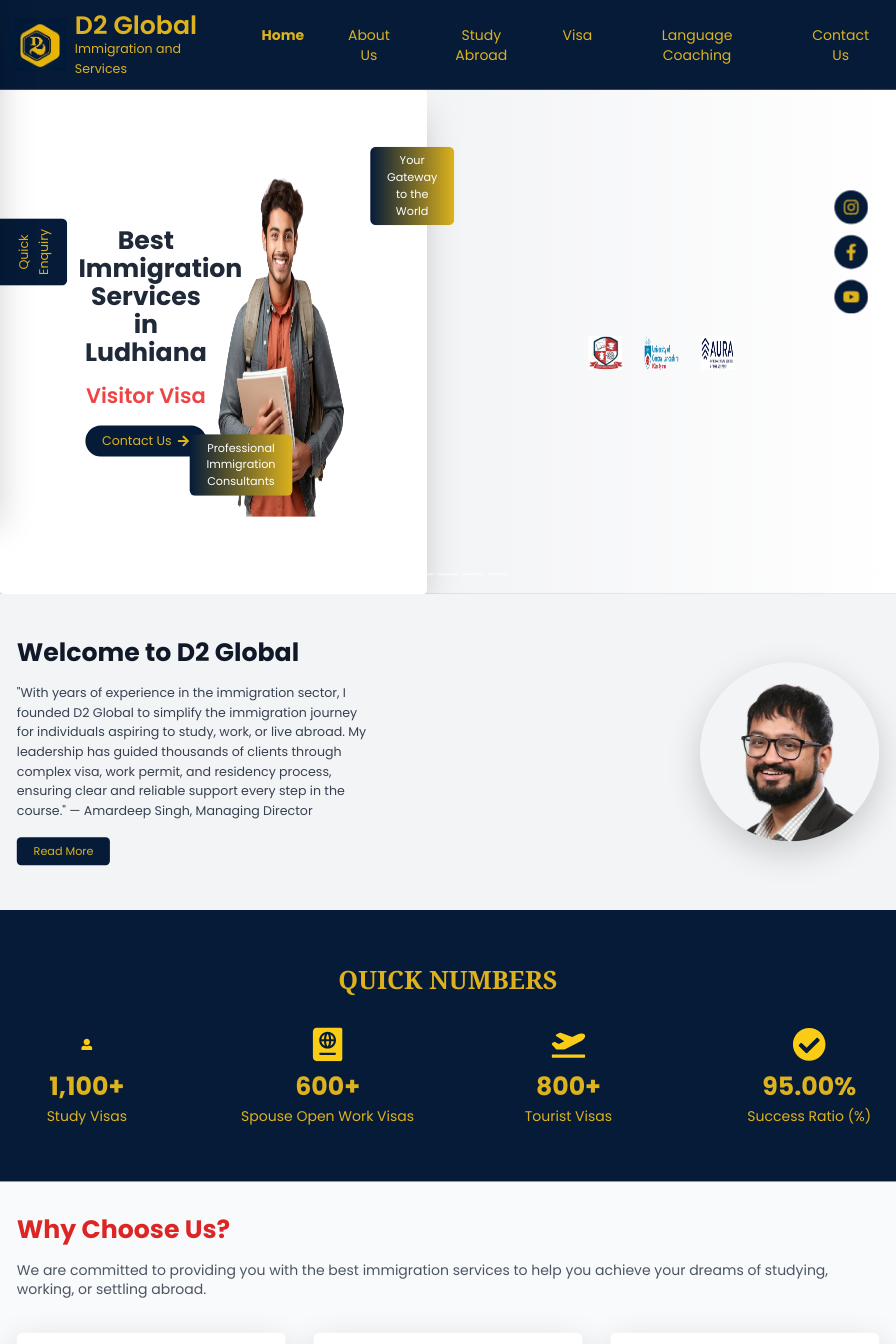
Repository: abhijeets54/d2globalbackup
Page: /
The author's editor kept a copy of each file at every save. The page is drawn from the files as they stood at one save, then again after the next save.
The browser window is 1280 px wide. The pictures show the part of the page from y = 0 to 1920 px (the page is 6727 px tall), at 70% of full size.
The page's requests for data from a server got no answer. The project was rebuilt for these pictures with package versions that can differ from the ones it lists, and the page was loaded fresh each time. No one was signed in, and anything a server would have sent is missing. Also part of the build but not shown: vite.config.js, src/components/Button.jsx, src/components/PostCard.jsx, src/components/Input.jsx, src/components/PopupForm.jsx, src/components/Events.jsx, src/components/People.jsx, src/Newsletter/NewsletterComponent.jsx and 28 more. Imported but missing from the stored project, and not drawn on this page: src/components/Donate/RestoftheWorld.jsx, src/components/Donate/WithInIndia.jsx, src/components/JoinUs.jsx, src/components/Projects/Awareness.jsx, src/components/Projects/Education.jsx, src/components/Projects/HumanitarianAid.jsx, src/components/ThreePillars.jsx, src/pages/Donate.jsx and 2 more.

Above is the page before, as saved 2024-10-03 14:09:52.

### index.html
<!doctype html>
<html lang="en">
  <head>
    <meta charset="UTF-8" />
    <link rel="icon" type="image/svg+xml" href="/logo.webp" />
    <meta name="viewport" content="width=device-width, initial-scale=1.0" />
    <link href="https://fonts.googleapis.com/css2?family=Gothic+A1&family=Inconsolata:wght@200..900&family=Mukta:wght@200;300;400;500;600;700;800&family=Poppins:ital,wght@0,100;0,200;0,300;0,400;0,500;0,600;0,700;0,800;0,900;1,100;1,200;1,300;1,400;1,500;1,600;1,700;1,800;1,900&display=swap" rel="stylesheet">

    <link href="https://cdn.jsdelivr.net/npm/bootstrap@5.3.3/dist/css/bootstrap.min.css" rel="stylesheet" integrity="sha384-QWTKZyjpPEjISv5WaRU9OFeRpok6YctnYmDr5pNlyT2bRjXh0JMhjY6hW+ALEwIH" crossorigin="anonymous">
    <link
  rel="stylesheet"
  href="https://cdnjs.cloudflare.com/ajax/libs/font-awesome/5.15.3/css/all.min.css"
/>
    <title>D2 Global</title>
  </head>
  <body class="bg-slate-400">
    <div id="root"></div>
    <script src="https://cdn.jsdelivr.net/npm/bootstrap@5.3.3/dist/js/bootstrap.bundle.min.js" integrity="sha384-YvpcrYf0tY3lHB60NNkmXc5s9fDVZLESaAA55NDzOxhy9GkcIdslK1eN7N6jIeHz" crossorigin="anonymous"></script>
    <script type="module" src="/src/main.jsx"></script>
  </body>
</html>

### src/App.jsx
import React, { useState, useEffect } from 'react'
import './App.css'
import { Footer, Header } from './components'
import { Outlet } from 'react-router-dom'


function App() {
  const [loading, setLoading] = useState(false)

  return !loading ? (
    <div className='min-h-screen flex flex-wrap content-between bg-gray-400'>
      <div className='w-full block'>
        <Header />
        <main>
        <Outlet />
        </main>
        <Footer />
      </div>
    </div>
  ) : null
}

export default App

### src/index.css
@tailwind base;
@tailwind components;
@tailwind utilities;

@keyframes slideIn {
    from {
      transform: translateX(100%);
      opacity: 0;
    }
    to {
      transform: translateX(0);
      opacity: 1;
    }
  }

  .slide-in {
    animation: slideIn 0.5s ease-out;
  }
  /* Animation for sliding content */
.slide-enter {
    transform: translateX(100%);
    opacity: 0;
  }

  .slide-enter-active {
    transform: translateX(0);
    opacity: 1;
    transition: transform 0.3s ease-in-out, opacity 0.3s ease-in-out;
  }

  .slide-exit {
    transform: translateX(0);
    opacity: 1;
  }

  .slide-exit-active {
    transform: translateX(-100%);
    opacity: 0;
    transition: transform 0.3s ease-in-out, opacity 0.3s ease-in-out;
  }

  /* Custom CSS to hide the scrollbar */
.scrollbar-hide::-webkit-scrollbar {
    display: none;
  }

  .scrollbar-hide {
    -ms-overflow-style: none; /* IE and Edge */
    scrollbar-width: none; /* Firefox */
  }

  @layer utilities {
    @keyframes slideIn {
      from {
        opacity: 0;
        transform: translateX(100%);
      }
      to {
        opacity: 1;
        transform: translateX(0);
      }
    }

    .animate-slide-in {
      animation: slideIn 0.7s ease-out forwards;
    }
  }
  /* Optional: Add custom animations */
@keyframes move-plane {
  from {
    transform: translateY(0);
  }
  to {
    transform: translateY(500px); /* Adjust this value based on the desired movement */
  }
}
@keyframes slideInLeft {
  from {
    transform: translateX(-100%);
    opacity: 0;
  }
  to {
    transform: translateX(0);
    opacity: 1;
  }
}

@keyframes slideInRight {
  from {
    transform: translateX(100%);
    opacity: 0;
  }
  to {
    transform: translateX(0);
    opacity: 1;
  }
}

.slide-in-left {
  animation: slideInLeft 0.5s forwards;
}

.slide-in-right {
  animation: slideInRight 0.5s forwards;
}
@media (max-width: 768px) {
  .left-slide, .right-slide {
    left: -80px; /* Adjust for smaller screens */
    transform: translateX(-5px); /* Adjust for spacing */
  }
}

@media (max-width: 480px) {
  .left-slide, .right-slide {
    left: -60px; /* Adjust for mobile screens */
    transform: translateX(-3px); /* Adjust for spacing */
  }

  .w-56 {
    width: 90% !important; /* Full width on mobile */
  }

  .w-64 {
    width: 90% !important; /* Full width on mobile */
  }
}

@keyframes slide-left {
  from {
    transform: translateX(-100%);
  }
  to {
    transform: translateX(0);
  }
}

@keyframes slide-right {
  from {
    transform: translateX(100%);
  }
  to {
    transform: translateX(0);
  }
}

.animate-slide-left {
  animation: slide-left 0.5s ease-in-out;
}

.animate-slide-right {
  animation: slide-right 0.5s ease-in-out;
}

/* In your CSS file */
.blurred-bg {
  background-image: url('/path-to-your-image.jpg'); /* Background image */
  background-size: cover;
  background-position: center;
  filter: blur(8px); /* Adjust blur as needed */
  position: absolute;
  top: 0;
  left: 0;
  right: 0;
  bottom: 0;
  z-index: -1; /* Send it behind other content */
}

### src/pages/Home.jsx
import React, { useState } from 'react';
import { useNavigate } from 'react-router-dom';
import Collage from '../components/Collage';
import OurAssociates from '../components/OurAssociates';
import QuickNumbers from '../components/QuickNumbers';
import WhatPeopleAreSaying from '../components/WhatPeopleAreSaying';

import Register from '../components/Register';

import About from '../components/About';
import Offer from '../components/Offer';
import Countries from '../components/Countries';
import PopupForm from '../components/PopupForm';
import Events from '../components/Events';
import QuickEnquiry from '../components/ContactUs/QuickEnquiry';
import Choose from '../components/Choose';
import People from '../components/People';
import CollageWithAnimations from '../components/CollageWithAnimations';
function Home() {
  const navigate = useNavigate();
  const [showFullText, setShowFullText] = useState(false);

  const handleReadMore = () => {
    navigate('/About');
  };

  const handleMoreAboutUs = () => {
    setShowFullText(!showFullText);
  };

  return (
    <>
   {/* <CollageWithAnimations/> */}
      {/* <PopupForm /> */}
      <QuickEnquiry />
      <Collage />

        <About />
        {/* <People/> */}
        <QuickNumbers />
        <Choose/>
        <Offer />

        {/* <Timeline /> */}



            <Countries />


            <OurAssociates />

          <WhatPeopleAreSaying />
          {/* <Events /> */}

          <Register />


    </>
  );
}

export default Home;

### src/components/About.jsx
import React, { useEffect, useState, useRef } from 'react';
import { useNavigate } from 'react-router-dom';

const About = () => {
  const [slideIn, setSlideIn] = useState(false);
  const aboutSectionRef = useRef(null);
  const navigate = useNavigate();

  useEffect(() => {
    const observer = new IntersectionObserver(
      (entries) => {
        entries.forEach((entry) => {
          if (entry.isIntersecting) {
            setSlideIn(true);
          }
        });
      },
      {
        threshold: 0.3,
      }
    );

    if (aboutSectionRef.current) {
      observer.observe(aboutSectionRef.current);
    }

    return () => {
      if (aboutSectionRef.current) {
        observer.unobserve(aboutSectionRef.current);
      }
    };
  }, []);

  const handleReadMore = () => {
    navigate('/AboutUs');
  };

  return (
    <div ref={aboutSectionRef} className="flex items-center justify-center bg-gray-100 py-12 md:py-16">
      <div className="container mx-auto flex flex-col md:flex-row items-center justify-between px-4">

        {/* Sliding Text Content */}
        <div
          className={`transform transition-transform duration-1000 ${
            slideIn ? 'translate-x-0' : '-translate-x-full'
          } mt-8 md:mt-0 md:mr-10 max-w-lg text-left md:text-left`}
        >
          <h2 className="text-3xl md:text-4xl  font-bold mb-4 text-gray-900">Welcome to D2 Global</h2>
          <p className="text-base md:text-lg text-gray-700">
          "With years of experience in the immigration sector, I founded D2 Global to simplify the immigration journey for individuals aspiring to study, work, or live abroad. My leadership has guided thousands of clients through complex visa, work permit, and residency process, ensuring clear and reliable support every step in the course."

— Amardeep Singh, Managing Director
          </p>

          {/* Read More Button */}
          <button
            onClick={handleReadMore}
            className="mt-4 inline-block bg-customBlue text-customYellow px-6 py-2 rounded-md hover:bg-blue-600 transition-colors duration-300"
          >
            Read More
          </button>
        </div>

      {/* Sliding Image */}
<div
  className={`transform transition-transform duration-1000 ${
    slideIn ? 'translate-x-0' : 'translate-x-full'
  } mt-8 md:mt-0`}
>
  <img
    src="amar.webp"
    alt="Profile"
    className="rounded-full shadow-lg w-48 h-48 md:w-64 md:h-64 object-cover object-top mx-auto md:mx-0"
    style={{ objectPosition: 'top center' }} // This will center the face more
  />
</div>


      </div>
    </div>
  );
};

export default About;

### src/components/Layout.jsx
// src/components/Layout.jsx
import React from 'react';
import { Outlet, useNavigate } from 'react-router-dom';

const Layout = () => {
  const navigate = useNavigate();

  const handleDonateClick = () => {
    navigate('/Donate');
  };

  return (
    <div>
      <Outlet />
      {/* <a
        href="#top"
        className="fixed right-2 bottom-16 bg-blue-950 text-white hover:bg-yellow-500 py-1 px-2 rounded-2 h-8 w-10 mt-2"
        style={{ zIndex: 1000 }}
      >
        <img src="../../IOC Website pictures/icons8-top-50.png" alt="Go to top " />
      </a> */}
    </div>
  );
};

export default Layout;

### src/components/OurAssociates.jsx
import React from 'react';
import 'tailwindcss/tailwind.css';

const logos = [
  '/oxford.webp',
  '/regent.webp',
  '/webster.webp',
  '/avila.svg',
  '/iau.webp',
  '/bcnlip.webp',
  '/camino.webp',
  '/ihmgs.webp',
  '/uclan.webp',
  '/aura.webp',
  '/lyon.webp'
];

function OurAssociates() {
  return (
    <div className="bg-white py-8">
      <h4 className="text-center text-blue-950 mt-3 text-3xl font-semibold">OUR PARTNERS</h4>
      <br />
      <div className="overflow-hidden relative">
        <div className="flex animate-scroll1 space-x-4 sm:space-x-6 lg:space-x-8">
          {logos.concat(logos).map((logo, index) => (
            <div key={index} className="flex-shrink-0">
              <img
                src={logo}
                alt={`Logo ${index + 1}`}
                className="h-24 w-24 sm:h-32 sm:w-32 lg:h-40 lg:w-40 object-contain"
              />
            </div>
          ))}
        </div>
      </div>
    </div>
  );
}

export default OurAssociates;

### src/components/QuickNumbers.jsx
import React, { useEffect, useState, useRef } from 'react';
import CountUp from 'react-countup';
import { FaUserAlt, FaPassport, FaPlaneDeparture, FaCheckCircle } from 'react-icons/fa';
import 'tailwindcss/tailwind.css';

const data = [
  {
    icon: <FaUserAlt className="h-12 w-12++ text-yellow-400 mb-2" />,
    number: 1100,
    label: 'Study Visas'
  },
  {
    icon: <FaPassport className="h-12 w-12 text-yellow-400 mb-2" />,
    number: 600,
    label: 'Spouse Open Work Visas'
  },
  {
    icon: <FaPlaneDeparture className="h-12 w-12 text-yellow-400 mb-2" />,
    number: 800,
    label: 'Tourist Visas'
  },
  {
    icon: <FaCheckCircle className="h-12 w-12 text-yellow-400 mb-2" />,
    number: 95,
    label: 'Success Ratio (%)',
    isDecimal: true,
  }
];

function QuickNumbers() {
  const [showCounts, setShowCounts] = useState(false);
  const quickNumbersRef = useRef(null);

  useEffect(() => {
    const observer = new IntersectionObserver(
      (entries) => {
        if (entries[0].isIntersecting) {
          setShowCounts(true);
        }
      },
      { threshold: 0.2 }
    );

    if (quickNumbersRef.current) {
      observer.observe(quickNumbersRef.current);
    }

    return () => {
      if (quickNumbersRef.current) {
        observer.unobserve(quickNumbersRef.current);
      }
    };
  }, []);

  return (
    <div ref={quickNumbersRef} className="bg-customBlue py-8 w-full">
      <h2 className="text-center text-2xl sm:text-4xl font-serif font-extrabold text-customYellow pt-5 mb-8">
        QUICK NUMBERS
      </h2>

      {/* Responsive Grid Layout */}
      <div className="grid grid-cols-1 sm:grid-cols-2 lg:grid-cols-4 gap-8 lg:gap-24 mt-5 pb-5">
        {data.map((item, index) => (
          <div key={index} className="text-center text-customYellow flex flex-col items-center">
            <div className="quicknumber flex flex-col justify-center items-center">
              <div className="icon mb-2">{item.icon}</div>
              <h3 className="text-2xl sm:text-4xl font-bold">
                {showCounts && (
                  <CountUp
                    end={item.number}
                    duration={7}
                    decimals={item.isDecimal ? 2 : 0}
                    suffix={item.isDecimal ? "%" : "+"}
                  />
                )}
              </h3>
              <p className="mt-2 text-base sm:text-xl">{item.label}</p>
            </div>
          </div>
        ))}
      </div>
    </div>
  );
}

export default QuickNumbers;

### src/components/Offer.jsx
import React from 'react';
import { Link } from 'react-router-dom';
import 'tailwindcss/tailwind.css';

function Offer() {
  const studyAbroadImageUrl = '/student.webp'; // Update with actual image URL
  const ieltsPteImageUrl = '/ielts3.webp'; // Update with actual image URL
  const touristVisaImageUrl = '/tourist.webp'; // Update with actual image URL

  return (
    <div className="mx-auto bg-customBlue
    0 p-6 md:p-10 shadow">
      <h4 className="text-center text-customBlue mt-3 text-xl"></h4>
      <h2 className="text-center text-3xl font-serif  text-customYellow sm:text-4xl mt-3  font-extrabold mb-10 md:mb-16">What We Offer</h2>

      <div className="grid grid-cols-1 sm:grid-cols-2 md:grid-cols-3 gap-6">
        {/* First card: Study Abroad */}
        <div className="col cursor-pointer transform transition-transform hover:scale-105">
          <Link to="/StudyAbroad">
            <div className="card h-full bg-white rounded-lg shadow overflow-hidden">
              <img
                src={studyAbroadImageUrl}
                className="w-full h-52 sm:h-64 md:h-72 object-cover"
                alt="Study Abroad"
              />
              <div className="p-4">
                <h5 className="text-center text-lg sm:text-xl font-bold">Study Abroad</h5>
              </div>
            </div>
          </Link>
        </div>

        {/* Second card: IELTS/PTE */}
        <div className="col cursor-pointer transform transition-transform hover:scale-105">
          <Link to="/Training">
            <div className="card h-full bg-white rounded-lg shadow overflow-hidden">
              <img
                src={ieltsPteImageUrl}
                className="w-full h-52 sm:h-64 md:h-72 object-cover"
                alt="IELTS/PTE"
              />
              <div className="p-4">
                <h5 className="text-center text-lg sm:text-xl font-bold">Language Coaching</h5>
              </div>
            </div>
          </Link>
        </div>

        {/* Third card: Tourist Visa */}
        <div className="col cursor-pointer transform transition-transform hover:scale-105">
          <Link to="/TouristVisa">
            <div className="card h-full bg-white rounded-lg shadow overflow-hidden">
              <img
                src={touristVisaImageUrl}
                className="w-full h-52 sm:h-64 md:h-72 object-cover"
                alt="Tourist Visa"
              />
              <div className="p-4">
                <h5 className="text-center text-lg sm:text-xl font-bold">Tourist Visa</h5>
              </div>
            </div>
          </Link>
        </div>
      </div>
    </div>
  );
}

export default Offer;

### src/components/CollageWithAnimations.jsx
import React, { useEffect, useState } from 'react';
import { motion } from 'framer-motion';
import { FaArrowRight } from 'react-icons/fa';
import { useNavigate } from 'react-router-dom';

const CollageWithAnimations = () => {
  const navigate = useNavigate();
  const [displayedText, setDisplayedText] = useState('');
  const [textIndex, setTextIndex] = useState(0);
  const texts = ['Study Visa', 'Permanent Residency', 'Visitor Visa', 'Tourist Visa', 'IELTS Coaching', 'PTE Coaching'];
  const slideInDuration = 0.5;

  useEffect(() => {
    const changeText = () => {
      setDisplayedText(texts[textIndex]);
    };

    changeText();
  }, [textIndex]);

  useEffect(() => {
    const textChangeInterval = setInterval(() => {
      setTextIndex((prevIndex) => (prevIndex + 1) % texts.length);
    }, 3000);

    return () => clearInterval(textChangeInterval);
  }, []);

  return (
    <div className="relative w-full h-screen flex flex-col lg:flex-row items-center justify-center bg-gradient-to-r from-gray-50 via-gray-100 to-white">
      {/* Larger 3D Box Container */}
      <div className="relative w-full lg:w-4/5 xl:w-3/4 bg-white shadow-2xl rounded-lg p-14 lg:p-28 flex flex-col lg:flex-row items-center justify-between transition-all duration-500 hover:shadow-3xl">

        {/* Text Section with smaller font sizes */}
        <div className="w-full lg:w-1/2 text-center lg:text-left relative z-10">
          <h1 className="text-2xl md:text-3xl lg:text-4xl font-bold text-gray-800">
            Best Immigration Services in Ludhiana
          </h1>
          <motion.h2
            className="text-xl md:text-2xl lg:text-3xl font-semibold mt-4 text-red-500"
            initial={{ x: -50, opacity: 0 }}
            animate={{ x: 0, opacity: 1 }}
            exit={{ x: -50, opacity: 0 }}
            transition={{ duration: slideInDuration }}
          >
            {displayedText}
          </motion.h2>
          <button
            className="px-4 py-2 mx-auto md:px-6 md:py-3 bg-customBlue text-customYellow rounded-3xl text-sm md:text-lg flex items-center justify-center mt-6"
            onClick={() => navigate('/Contactpage')}
          >
            Contact Us
            <FaArrowRight className="ml-2 text-customYellow" />
          </button>
        </div>

        {/* Image Section */}
        <div className="relative w-full lg:w-1/2 flex justify-center items-center mt-8 lg:mt-0 z-10">
          <motion.img
            src="/student.png"
            alt="Student with backpack"
            className="h-72 sm:h-80 md:h-96 lg:h-[500px]"
            initial={{ opacity: 0, x: 50 }}
            animate={{ opacity: 1, x: 0 }}
            transition={{ duration: 0.5 }}
          />

          {/* Box at the top left near the image */}
          <motion.div
            className="absolute -top-6 left-2 py-2 px-4 lg:left-56 p-2 sm:p-4 bg-gradient-to-r from-customBlue to-customYellow rounded-lg text-white text-sm sm:text-base"
            animate={{ y: [0, -10, 0] }}
            transition={{ duration: 1, repeat: Infinity }}
          >
            Your Gateway to the World
          </motion.div>

          {/* Box at the bottom right near the image */}
          <motion.div
            className="absolute bottom-6 right-4 lg:right-20 py-2 px-4 sm:p-4 bg-gradient-to-r from-customBlue to-customYellow rounded-lg text-white text-sm sm:text-base"
            animate={{ y: [0, -10, 0] }}
            transition={{ duration: 1, repeat: Infinity, delay: 0.5 }}
          >
            Professional Immigration Consultants
          </motion.div>
        </div>
      </div>

      {/* Partner Logos Below the Box */}
      <div className="w-full flex justify-center mt-8">
        <div className="flex space-x-8">
          <img src="/oxford.webp" alt="Partner 1" className="h-12 w-12" />
          <img src="/uclan.webp" alt="Partner 2" className="h-12 w-12" />
          <img src="/aura.webp" alt="Partner 3" className="h-12 w-12" />
          {/* Add more logos as needed */}
        </div>
      </div>
    </div>
  );
};

export default CollageWithAnimations;

### src/components/container/Container.jsx
import React from 'react'

function Container({ children }) {
  return <div className='w-full'>{children}</div>
}

export default Container

### src/components/Logo.jsx
import React from 'react';
import logo from '/logo.webp'; // Adjust path as necessary

function Logo() {
  return (
    <div>
      <img src={logo} alt="logo" height={75} width={75}/>
    </div>
  );
}

export default Logo;

Loaded but not shown: tailwind.config.js (35 lines, source omitted); src/components/index.js (19 lines, source omitted); src/components/Header/Header.jsx (265 lines, source omitted); src/components/Collage.jsx (193 lines, source omitted); src/components/ContactUs/QuickEnquiry.jsx (202 lines, source omitted); src/components/Countries.jsx (133 lines, source omitted); src/components/Register.jsx (175 lines, source omitted); src/components/Choose.jsx (155 lines, source omitted); src/main.jsx (100 lines, source omitted); src/components/WhatPeopleAreSaying.jsx (112 lines, source omitted); src/components/ContactUs/ContactUs.jsx (85 lines, source omitted); src/App.css (212 lines, source omitted)

After the next save:
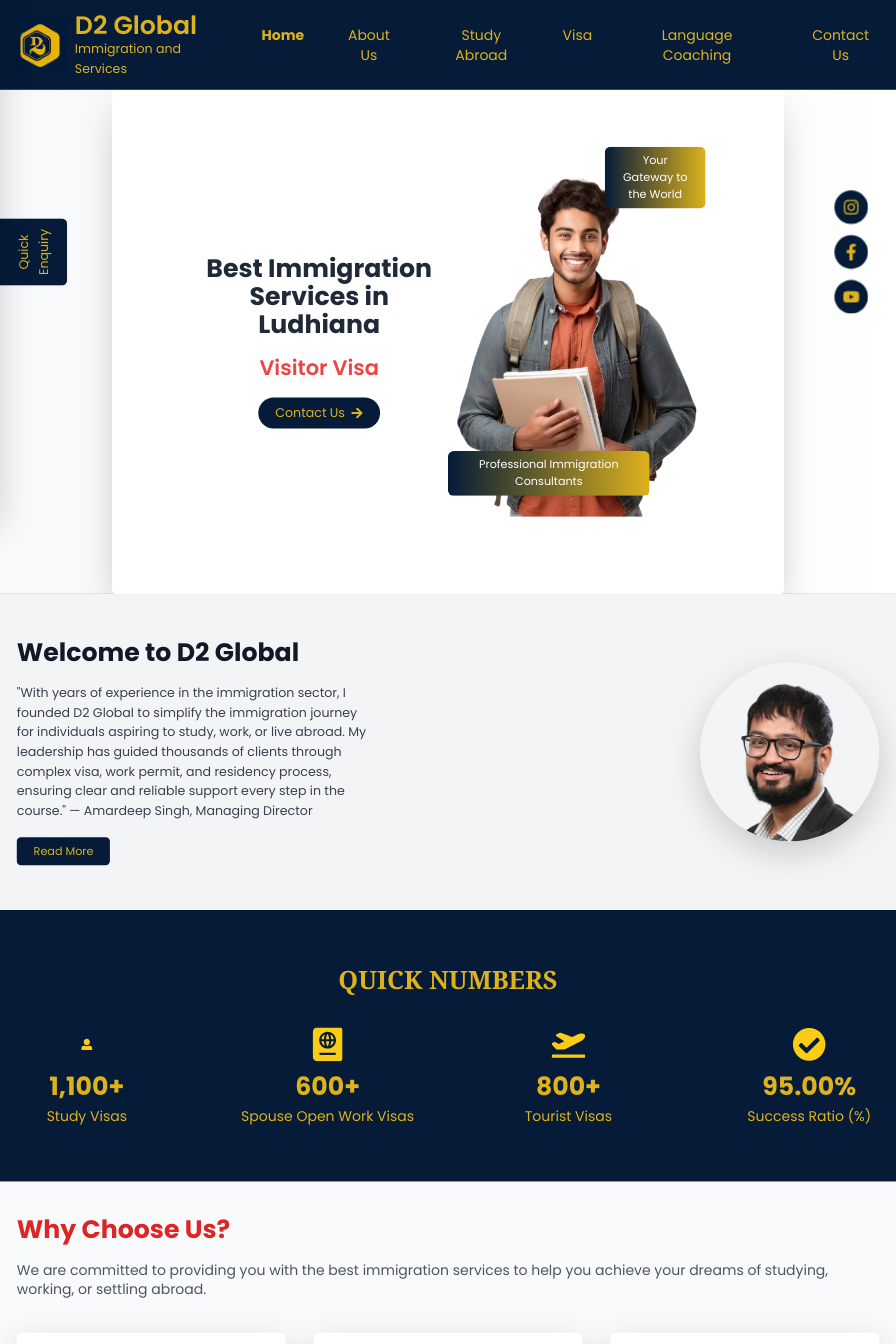
Saved 14 s later.
--- a/src/components/CollageWithAnimations.jsx
+++ b/src/components/CollageWithAnimations.jsx
@@ -84,16 +84,6 @@
           </motion.div>
         </div>
       </div>
-
-      {/* Partner Logos Below the Box */}
-      <div className="w-full flex justify-center mt-8">
-        <div className="flex space-x-8">
-          <img src="/oxford.webp" alt="Partner 1" className="h-12 w-12" />
-          <img src="/uclan.webp" alt="Partner 2" className="h-12 w-12" />
-          <img src="/aura.webp" alt="Partner 3" className="h-12 w-12" />
-          {/* Add more logos as needed */}
-        </div>
-      </div>
     </div>
   );
 };
